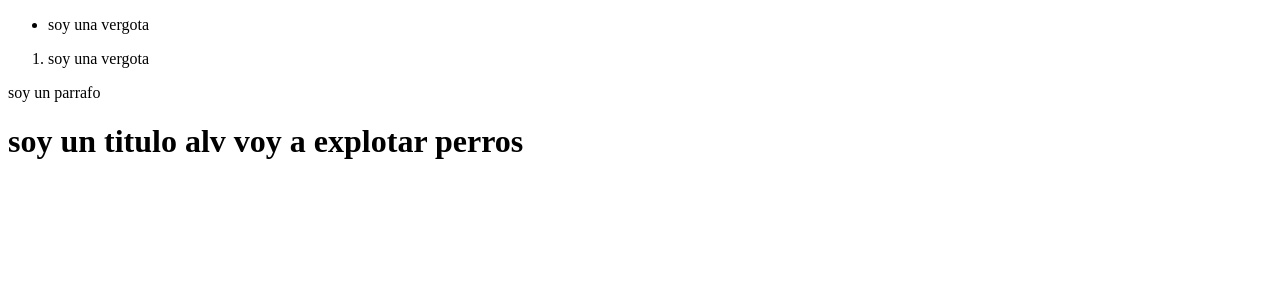
Repository: Daniel009980/daniel0099980
Page: cursodehtml/index.html
An editor plug-in stored every save of this project. The page is shown before and after the next save, followed by the edit.
The browser window is 1280 px wide. The pictures show the whole page.

Above is the page before, as saved 2022-09-08 17:37:37.

After the next save:
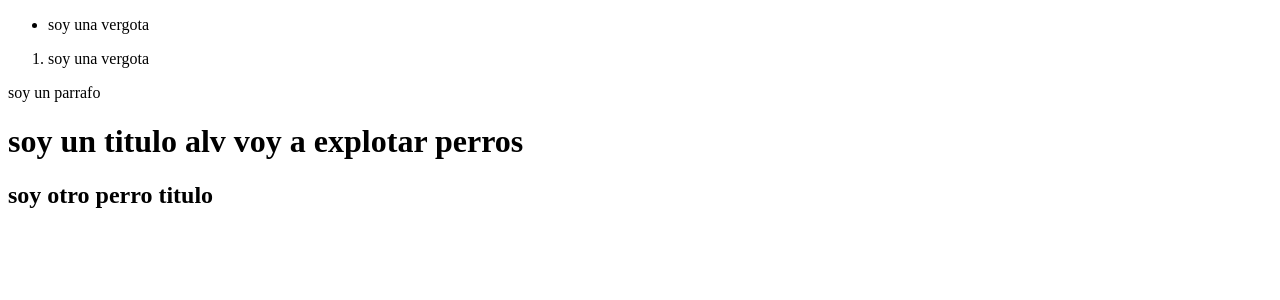
Saved 20 s later.
--- a/cursodehtml/index.html
+++ b/cursodehtml/index.html
@@ -28,6 +28,7 @@
        </footer>
        <p>soy un parrafo</p>
        <h1>soy un titulo alv voy a explotar perros</h1>
+       <h2>soy otro perro titulo</h2>
     </body>
 
 </html>
